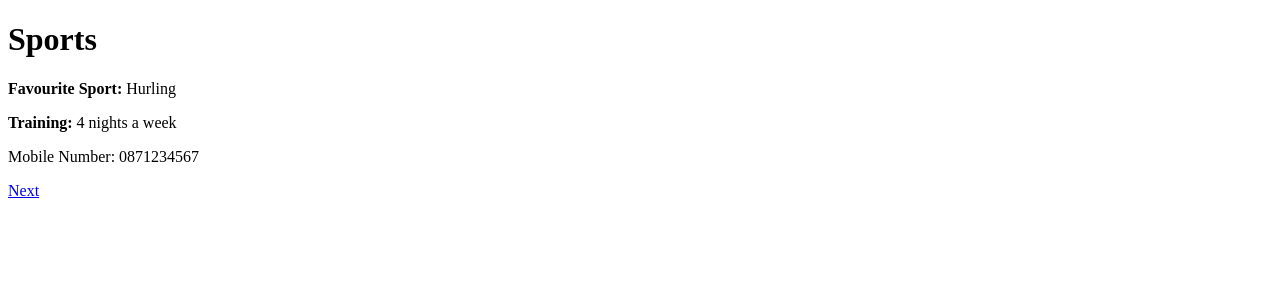
Repository: podgeomahony/is1113117413984
Page: interests/sports.html
The author's editor kept a record of every edit. The page is drawn from the files as they stood at one moment, then again after the next edit.
The browser window is 1280 px wide. The pictures show the whole page.

Above is the page before.

### interests/sports.html
<!DOCTYPE html>
<html>
    <head>
        <title>Sports</title>
    </head>
    <body>
        <h1 class = "Mainheading">Sports</h1>
        <p><strong>Favourite Sport:</strong> Hurling</p>
        <p><strong>Training: </strong> 4 nights a week</p>
        <p>Mobile Number: 0871234567</p>

        <a href="travel.html" class= "btn btn-dark">Next</a>

    </body>
</html>

After the next edit:
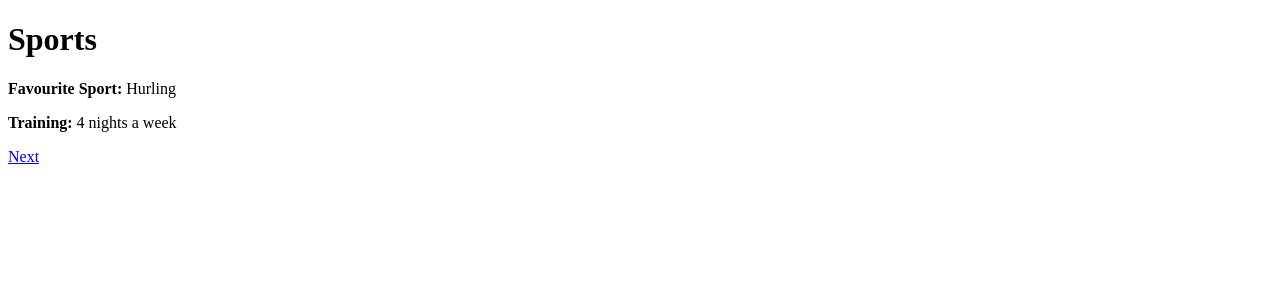
The edit:
--- a/interests/sports.html
+++ b/interests/sports.html
@@ -7,7 +7,7 @@
         <h1 class = "Mainheading">Sports</h1>
         <p><strong>Favourite Sport:</strong> Hurling</p>
         <p><strong>Training: </strong> 4 nights a week</p>
-        <p>Mobile Number: 0871234567</p>
+
 
         <a href="travel.html" class= "btn btn-dark">Next</a>
 
